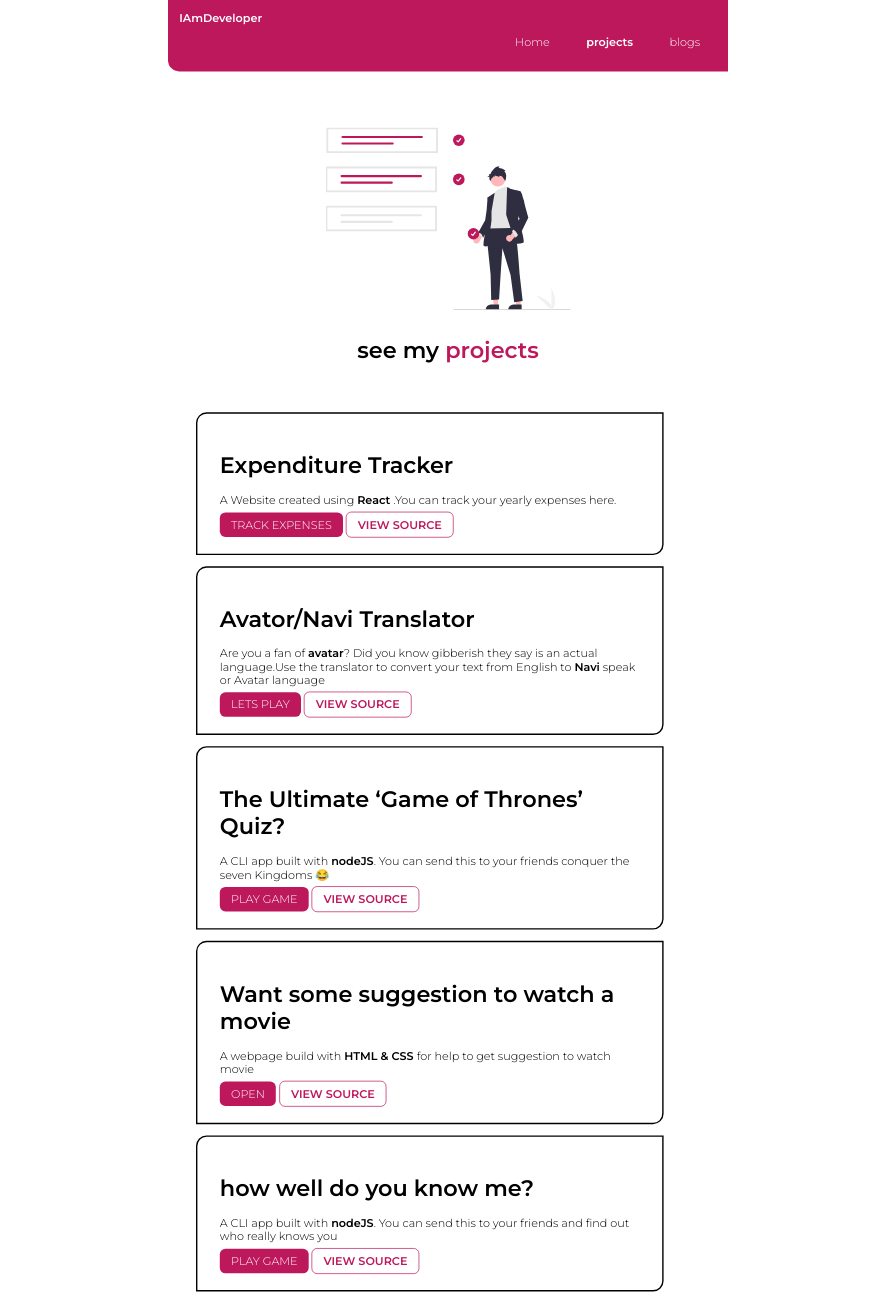
Repository: sohan2503001/Portfolio
Page: projects.html
The author's editor kept a copy of each file at every save. The page is drawn from the files as they stood at one save, then again after a run of saves.
The browser window is 1280 px wide. The pictures show the whole page, at 70% of full size.

Above is the page before, as saved 2021-04-22 01:29:42.

After the next 3 saves:
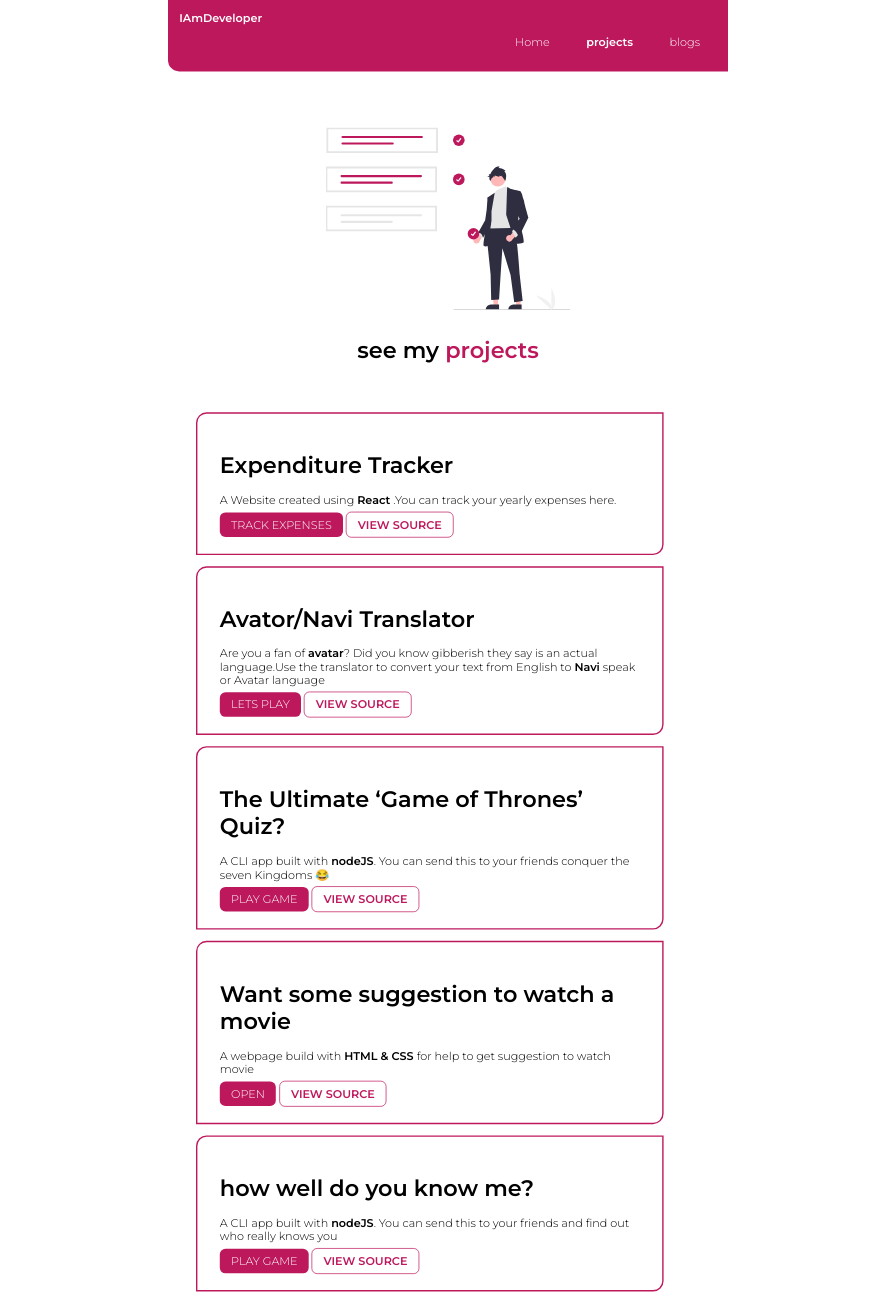
The 3 saves are shown as one change because they came seconds apart.
The last was saved 36 s later.
--- a/style.css
+++ b/style.css
@@ -151,7 +151,7 @@ hr{
 
 /**Projects**/
 .box-contain{
-    border: 2px solid black;
+    border: 2px solid var(--primary-color);
     padding: 2rem;
     border-top-left-radius: 15px;
     border-bottom-right-radius: 15px;
